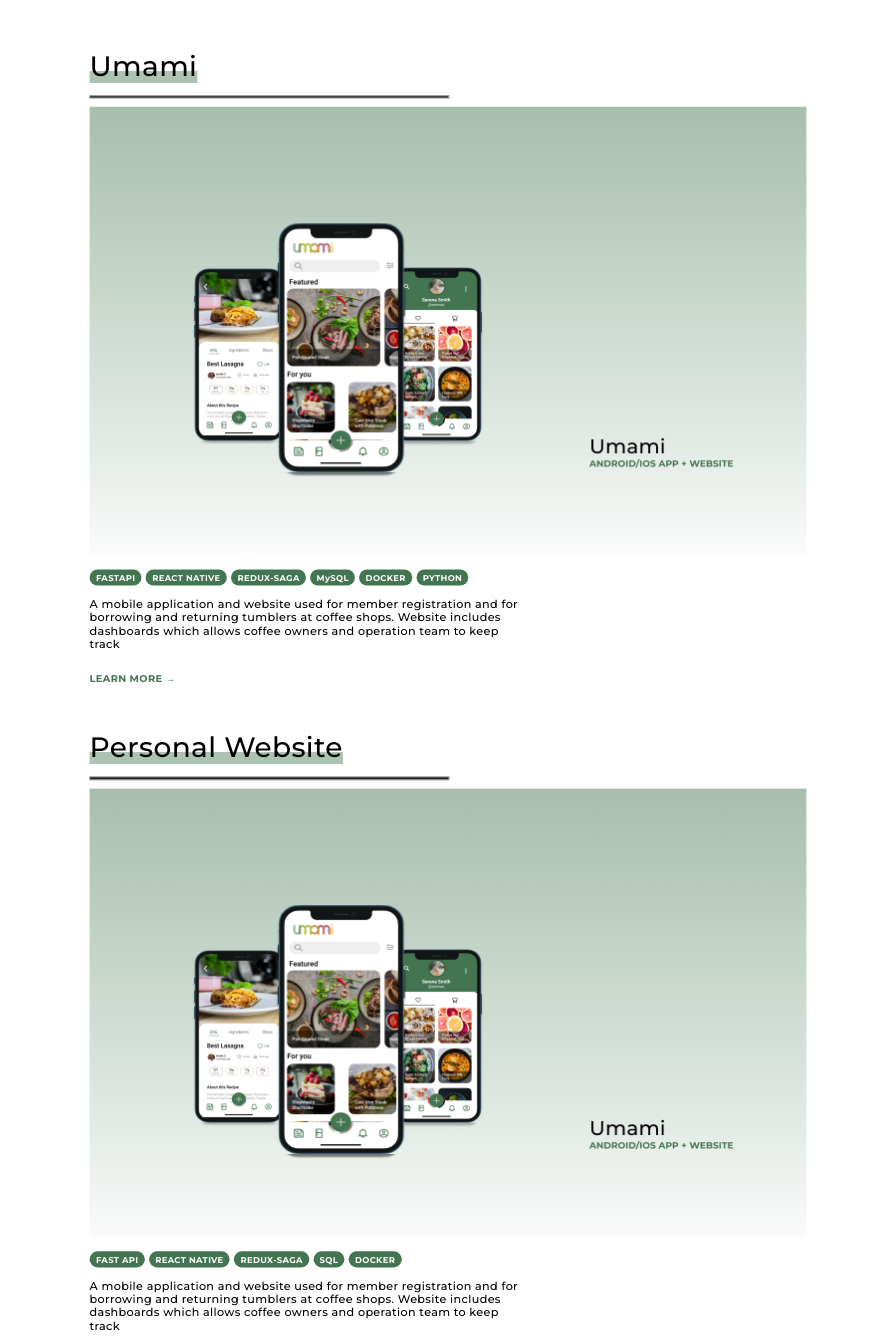
Repository: TangMartin/martintang
Page: index.html
An editor plug-in stored every save of this project. The page is shown before and after the next save, followed by the edit.
The browser window is 1280 px wide. The pictures show the part of the page from y = 1051 to 2971 px (the page is 2971 px tall before and 2933 px after), at 70% of full size.

Above is the page before, as saved 2021-11-24 21:48:24.

### index.html
<!DOCTYPE html>

<html>
    <head>
        <link href="./styles/style.css" rel="stylesheet">
        <link rel="preconnect" href="https://fonts.googleapis.com">
        <link rel="preconnect" href="https://fonts.gstatic.com" crossorigin>
        <link href="https://fonts.googleapis.com/css2?family=Montserrat:wght@300;500;700&display=swap" rel="stylesheet">
        <title> Martin Tang</title>
    </head>

    <body>
        <!-- Nav Bar-->
        <!-- Main Page-->
        <div class="flex-main">
            <!-- Left Box-->
            <div class="flex-left">
                <h1>Hello! <span class="wave">👋🏻</span> </h1>
                <h1>I'm Martin Tang</h1>
                <hr style="height:5px; width:15%; margin-left:0; background-color:#222020; display: inline-block">
                <h3>I'm a <strong>developer</strong> who believes in leveraging technology to build a more inclusive, ethical and innovative future. </h3>
                <h3>I strive to create genuine relationships and values for both businesses, organizations, and users.</h3>
            </div>
            <!-- Right Box-->
            <div class="flex-right">
                <div class="image-stack">
                    <a style="grid-column: 8; grid-row: 10; cursor: pointer; --turn-radius: 12deg; cursor: pointer;" href="./Martin_Tang_Resume.pdf" target="_blank" download>
                        <img src="./assets/polaroids/Resume.png"/>
                    </a>
                    <img style="grid-column: 3; grid-row: 1; --turn-radius: -12deg;" src="./assets/polaroids/Apsc100.png" />
                    <img style="grid-column: 1; grid-row: 7; --turn-radius: -12deg;" src="./assets/polaroids/Sunset.png" />
                    <img style="grid-column: 7; grid-row: 5; --turn-radius: 15deg;" src="./assets/polaroids/Hongkongpng.png" />
                    <a style="grid-column: 3; grid-row: 12; --turn-radius: -12deg; cursor: pointer;" href="./pages/aboutme.html">
                        <img src="./assets/polaroids/Aboutme.png" />
                    </a>
                    <img style="grid-column: 4; grid-row: 5; --turn-radius: -4deg;"src="./assets/polaroids/Jetski.png" />
                    <a style="grid-column: 5; grid-row: 9; --turn-radius: 10deg; cursor: pointer;" href="#featuredwork">
                        <img src="./assets/polaroids/Projects.png"/>
                    </a>
                </div>
            </div>
        </div>
        <div class="featured_work" id="featuredwork">
            <!-- Featured Work -->
            <h1 style="text-align: center; padding-top: 5rem;"> Featured Work </h1>
            <ul class="work_list">

                <!-- Umami -->
                <li class="work_item">
                    <h1><span class="highlight" style="--highlighter-color: #ACC2B2;">Umami</span></h1>
                    <hr style="height:2.5px; width:50%; margin-left:0; background-color:#222020; display: inline-block; margin">
                    <img class="work_image" src="./assets/images/Umami.png" />
                    <div class="technologies">
                        <p>FASTAPI</p>
                        <p>REACT NATIVE</p>
                        <p>REDUX-SAGA</p>
                        <p>MySQL</p>
                        <p>DOCKER</p>
                        <p>PYTHON</p>
                    </div>
                    <p class="work_description">
                        A mobile application and website used for member registration and for borrowing and returning tumblers at coffee shops.  Website includes dashboards which allows coffee owners and operation team to keep track
                    </p>
                    <h3> LEARN MORE → </h3>
                </li>

                <!-- Personal Website -->
                <li class="work_item">
                    <h1><span class="highlight" style="--highlighter-color: #ACC2B2">Personal Website</span></h1>
                    <hr style="height:2.5px; width:50%; margin-left:0; background-color:#222020; display: inline-block">
                    <img class="work_image" src="./assets/images/Umami.png" />
                    <div class="technologies">
                        <p>FAST API</p>
                        <p>REACT NATIVE</p>
                        <p>REDUX-SAGA</p>
                        <p>SQL</p>
                        <p>DOCKER</p>
                    </div>
                    <p class="work_description">
                        A mobile application and website used for member registration and for borrowing and returning tumblers at coffee shops.  Website includes dashboards which allows coffee owners and operation team to keep track
                    </p>
                </li>

            </ul>
        </div>
    </body>
</html>

### styles/style.css
:root {
    --highlighter-color: #EEDF5B;
    --umami-color: #447551;
    --turn-radius: 6deg;
}

html{
    scroll-behavior: smooth;
}
body {
    max-width: 70rem;
    margin-right: auto;
    margin-left: auto;
    width: 80vw;
    padding-top: 2rem;
}

body,
h1,
h2,
h3,
h4,
h5 {
  font-family: 'Montserrat', sans-serif;
  letter-spacing: 0.5px;
}

h3 {
    margin-top: 10px;
    color: #222020;
    font-size: 20px;
    font-weight: 300;
}

/* MAIN PAGE */
.flex-main {
    display: flex;
    flex-direction: row;
}
.flex-main h1 {
    display: flex;
    flex-direction: row;
    font-size: 50px;
    margin: 5px 0px 10px 0px;
}

.flex-left {
    width: 40%;
    padding-top: 23%;
    padding-bottom: 2%;
}
.flex-right {
    width: 60%;
}
.image-stack{
    display: grid;
    grid-template-columns: repeat(12, 55px);
    grid-template-rows: repeat(19, 48px);
    padding-left: 10%;

}
.image-stack img {
    transition: all 0.3s ease-in-out 0s;
}
.image-stack img:hover {
    transform: rotate(var(--turn-radius));
    transition: all 0.3s ease-in-out 0s;
}

.wave {
    animation-name: wave-animation;  /* Refers to the name of your @keyframes element below */
    animation-duration: 2.5s;        /* Change to speed up or slow down */
    animation-iteration-count: infinite;  /* Never stop waving :) */
    transform-origin: 70% 70%;       /* Pivot around the bottom-left palm */
    display: inline-block;
  }

  @keyframes wave-animation {
      0% { transform: rotate( 0.0deg) }
     10% { transform: rotate(14.0deg) }  /* The following five values can be played with to make the waving more or less extreme */
     20% { transform: rotate(-8.0deg) }
     30% { transform: rotate(14.0deg) }
     40% { transform: rotate(-4.0deg) }
     50% { transform: rotate(10.0deg) }
     60% { transform: rotate( 0.0deg) }  /* Reset for the last half to pause */
    100% { transform: rotate( 0.0deg) }
  }

/* FEATUERED WORK */
.featured_work {
    margin-top: -5%;
}
.featured_work h1 {
    font-size: 40px;
}
.work_list {
    list-style: none;
    padding-left: 0;
}
.work_item {
    margin-top: 4rem;
}
.work_item h1{
    margin-bottom: 1%;
}
.work_item h3{
    margin-top: 3%;
    font-weight: bold;
    font-size: 14px;
    color: var(--umami-color);
}
.work_image {
    max-width: 100%;
}
.work_description {
    margin-top: 5px;
    font-weight: 400;
    width: 60%;
}
.highlight {
    background: linear-gradient(180deg, #FFFFFF 65%, var(--highlighter-color) 65%);
    font-weight: 400;
}
.technologies {
    margin-top: 5px;
    display: flex;
    flex-direction:row;
}
.technologies p {
    font-size: 12px;
    margin-right: 6px;
    color: #FFFFFF;
    font-weight: 600;
    border-radius:20px;
    padding: 4px 9px 4px 9px;
    background: var(--umami-color);
}

After the next save:
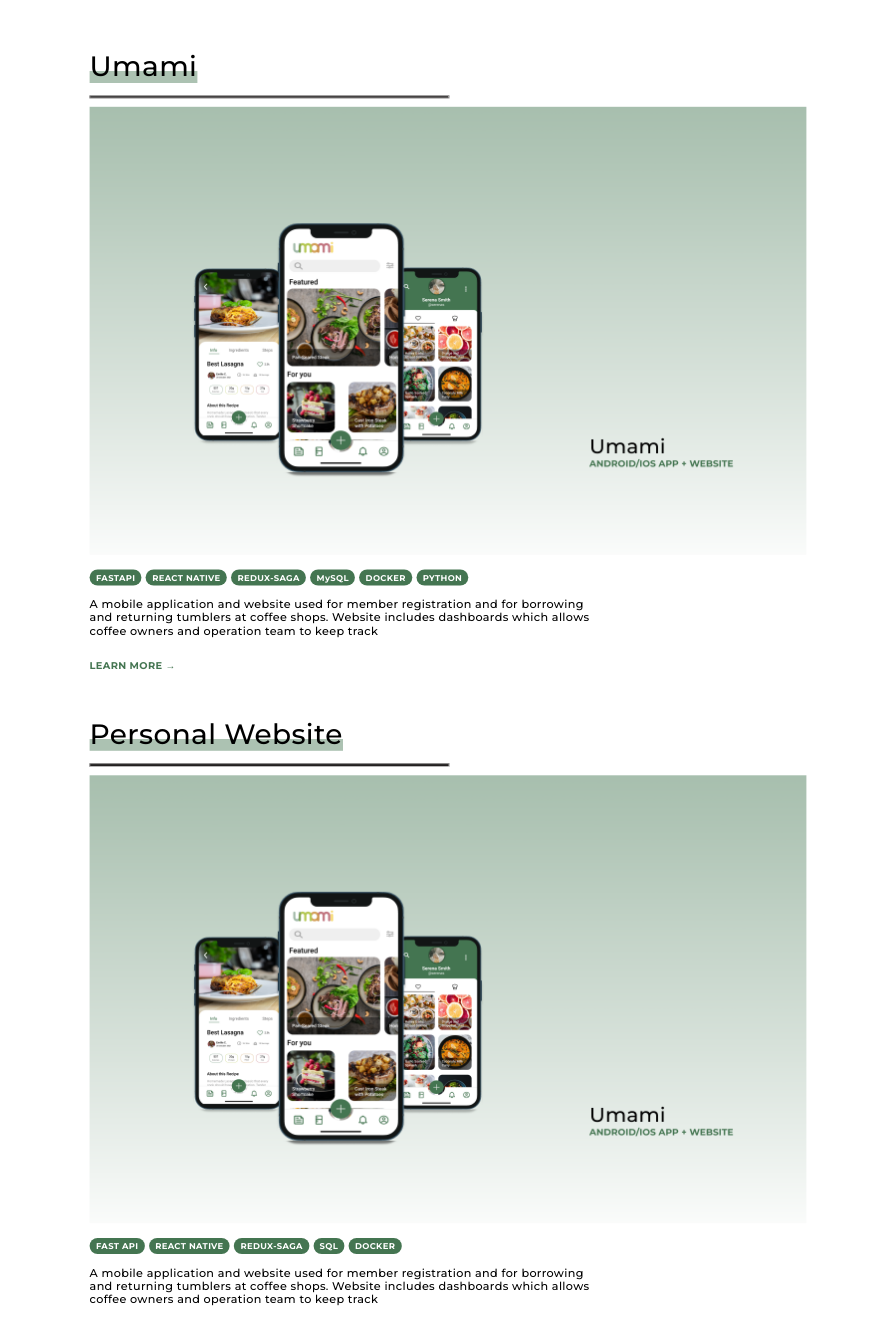
Saved 6 s later.
--- a/styles/style.css
+++ b/styles/style.css
@@ -115,7 +115,7 @@ h3 {
 .work_description {
     margin-top: 5px;
     font-weight: 400;
-    width: 60%;
+    width: 70%;
 }
 .highlight {
     background: linear-gradient(180deg, #FFFFFF 65%, var(--highlighter-color) 65%);
